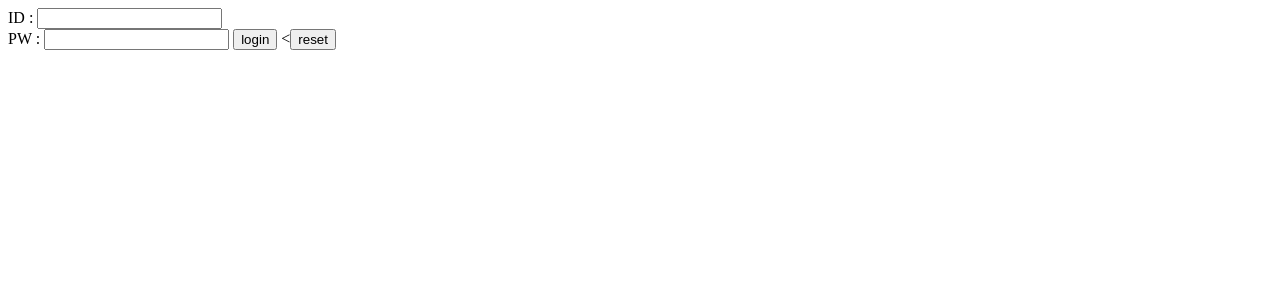
Repository: beenjh6088/jsp
Page: pro06/src/main/webapp/login.html
The author's editor kept a copy of each file at every save. The page is drawn from the files as they stood at one save, then again after the next save.
The browser window is 1280 px wide. The pictures show the whole page.

Above is the page before, as saved 2024-07-24 05:41:54.

### pro06/src/main/webapp/login.html
<!DOCTYPE html>
<html>
<head>
<meta charset="UTF-8">
<title>Insert title here</title>
</head>
<body>
	<form action="" name="frmLogin" method="get" action="login" encType="UTF-8">
		ID : <input type="text" name="user_id"><br>
		PW : <input type="password" name="user_pw" />
		<input type="submit" value="login"/>
		<<input type="reset" value="reset"/>
	</form>
</body>
</html>

After the next save:
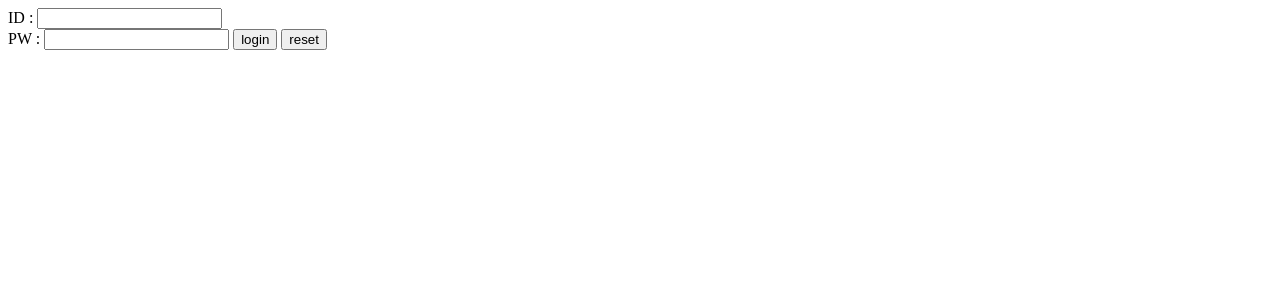
Saved 19 s later.
--- a/pro06/src/main/webapp/login.html
+++ b/pro06/src/main/webapp/login.html
@@ -9,7 +9,7 @@
 		ID : <input type="text" name="user_id"><br>
 		PW : <input type="password" name="user_pw" />
 		<input type="submit" value="login"/>
-		<<input type="reset" value="reset"/>
+		<input type="reset" value="reset"/>
 	</form>
 </body>
 </html>
